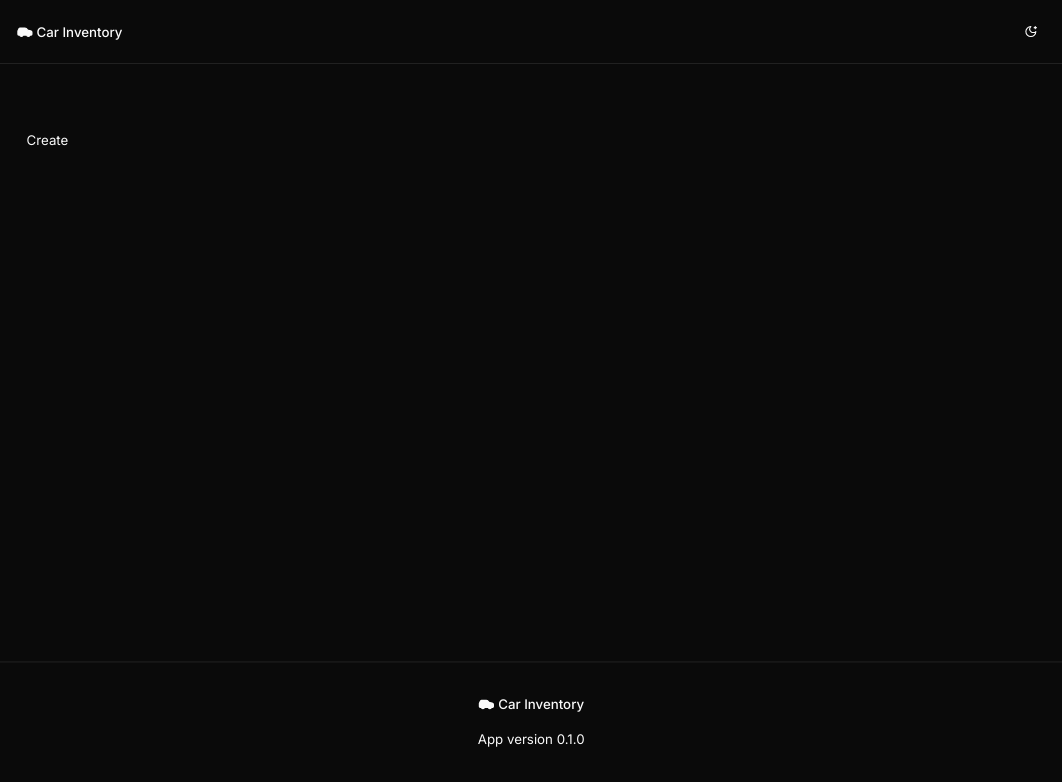
Repository: tushcmd/car-inventory
Page: /create (app in frontend/)
These files come from the project's save history. The page is drawn as it stood at one moment and after the next save; the edit follows.
The browser window is 1280 px wide. The pictures show the whole page, at 83% of full size.
The project was rebuilt for these pictures with package versions that can differ from the ones it lists, and the page was loaded fresh each time. The framework's server and built-in components were replaced by stand-ins that run in the browser. Also part of the build but not shown: frontend/next.config.mjs.

Above is the page before, as saved 2024-05-15 03:25:16.

### frontend/app/layout.tsx
import type { Metadata } from "next";
import { Inter } from "next/font/google";
import "./globals.css";
import AppProviders from "@/components/providers/AppProviders";
import Navbar from '@/components/shared/Navbar';
import Footer from "@/components/shared/Footer";
import { Toaster } from "@/components/ui/toaster";

const inter = Inter({ subsets: ["latin"] });

export const metadata: Metadata = {
  title: "Car Garage Inventory",
  description: "Nextjs Shadcnui Nodejs Express and MongoDB CRUD",
};

export default function RootLayout({
  children,
}: Readonly<{
  children: React.ReactNode;
}>) {
  return (
    <html lang="en" suppressHydrationWarning>
      <body className={inter.className}>
        <AppProviders>
          <Navbar />
          {children}
          <Footer />
          <Toaster />
        </AppProviders>
      </body>
    </html>
  );
}

### frontend/app/create/page.tsx


export default function Create() {
    return (
        <div className="page-container min-h-screen">
            <h2 className="pb-4">Create</h2>

        </div>
    )
}

### frontend/app/globals.css
@tailwind base;
@tailwind components;
@tailwind utilities;

@layer base {
  :root {
    --background: 0 0% 100%;
    --foreground: 0 0% 3.9%;

    --card: 0 0% 100%;
    --card-foreground: 0 0% 3.9%;

    --popover: 0 0% 100%;
    --popover-foreground: 0 0% 3.9%;

    --primary: 0 0% 9%;
    --primary-foreground: 0 0% 98%;

    --secondary: 0 0% 96.1%;
    --secondary-foreground: 0 0% 9%;

    --muted: 0 0% 96.1%;
    --muted-foreground: 0 0% 45.1%;

    --accent: 0 0% 96.1%;
    --accent-foreground: 0 0% 9%;

    --destructive: 0 84.2% 60.2%;
    --destructive-foreground: 0 0% 98%;

    --border: 0 0% 89.8%;
    --input: 0 0% 89.8%;
    --ring: 0 0% 3.9%;

    --radius: 0.5rem;
  }

  .dark {
    --background: 0 0% 3.9%;
    --foreground: 0 0% 98%;

    --card: 0 0% 3.9%;
    --card-foreground: 0 0% 98%;

    --popover: 0 0% 3.9%;
    --popover-foreground: 0 0% 98%;

    --primary: 0 0% 98%;
    --primary-foreground: 0 0% 9%;

    --secondary: 0 0% 14.9%;
    --secondary-foreground: 0 0% 98%;

    --muted: 0 0% 14.9%;
    --muted-foreground: 0 0% 63.9%;

    --accent: 0 0% 14.9%;
    --accent-foreground: 0 0% 98%;

    --destructive: 0 62.8% 30.6%;
    --destructive-foreground: 0 0% 98%;

    --border: 0 0% 14.9%;
    --input: 0 0% 14.9%;
    --ring: 0 0% 83.1%;
  }
}

@layer base {
  * {
    @apply border-border;
  }
  body {
    @apply bg-background text-foreground;
  }
}


@layer components {

  /* FONT SIZES */
  .h1 {
		@apply text-5xl lg:text-6xl font-bold;
	}
	.h2 {
		@apply sm:text-3xl text-4xl font-bold;
	}
	.h3 {
		@apply text-2xl font-medium;
	}
	.h4 {
		@apply text-xl sm:text-lg font-normal;
	}

  /* LAYOUTS  */
	.layout-container {
		@apply container mx-auto px-5;
	}

	.page-container {
		@apply container py-20 flex flex-col gap-16 max-w-7xl;
	}
}

### frontend/components/providers/AppProviders.tsx
'use client';

import { ThemeProvider } from 'next-themes';
import { FC, ReactNode } from 'react';

interface AppProvidersProps {
  children: ReactNode;
}


const AppProviders: FC<AppProvidersProps> = ({ children }) => {
  return (
    <>
      <ThemeProvider attribute="class" disableTransitionOnChange defaultTheme="dark" enableSystem>
        {children}

      </ThemeProvider>
    </>
  );
};

export default AppProviders;

### frontend/components/shared/Navbar.tsx
import React, { FC } from 'react';
import ThemeSwitcherButton from '../ui/ThemeSwitcher';
import Logo from './Logo';

const Navbar: FC = () => {
  return (
    <nav className="border-b py-5">
      <div className="layout-container flex justify-between items-center max-w-7xl">
        <Logo />
        <ThemeSwitcherButton />
      </div>
    </nav>
  );
};

export default Navbar;

### frontend/components/shared/Footer.tsx
import React, { FC } from 'react'
import Logo from './Logo'

const Footer: FC = () => {
  return (
    <footer className='border-t'>
        <div className='layout-container flex flex-col gap-5 items-center  justify-center py-10'>
            <Logo />
            <p>App version 0.1.0</p>
        </div>

    </footer>
  )
}

export default Footer

### frontend/components/ui/toaster.tsx
"use client"

import {
  Toast,
  ToastClose,
  ToastDescription,
  ToastProvider,
  ToastTitle,
  ToastViewport,
} from "@/components/ui/toast"
import { useToast } from "@/components/ui/use-toast"

export function Toaster() {
  const { toasts } = useToast()

  return (
    <ToastProvider>
      {toasts.map(function ({ id, title, description, action, ...props }) {
        return (
          <Toast key={id} {...props}>
            <div className="grid gap-1">
              {title && <ToastTitle>{title}</ToastTitle>}
              {description && (
                <ToastDescription>{description}</ToastDescription>
              )}
            </div>
            {action}
            <ToastClose />
          </Toast>
        )
      })}
      <ToastViewport />
    </ToastProvider>
  )
}

### frontend/components/ui/ThemeSwitcher.tsx
"use client";

import { useTheme } from "next-themes";
import React, { FC, useEffect, useState } from "react";
import { SunIcon,  Laptop, MoonStarIcon } from "lucide-react";
import {
	DropdownMenu,
	DropdownMenuContent,
	DropdownMenuItem,
	DropdownMenuTrigger,
} from "./dropdown-menu";
import { Button } from "./button";

const themes = [
	{
		value: "light",
		label: "Light",
		icon: SunIcon,
	},
	{
		value: "dark",
		label: "Dark",
		icon: MoonStarIcon,
	},
	{
		value: "system",
		label: "System",
		icon: Laptop,
	},
];

const ThemeSwitcher: FC = () => {
  const [mounted, setMounted] = useState(false)
	const { theme, setTheme } = useTheme();
	const currentTheme = themes.find((t) => t.value === theme);
	const ThemeIcon = currentTheme?.icon

  useEffect(() => {
    setMounted(true)
  }, [])

	return mounted && (
		<div className="flex">
			<DropdownMenu  >
				<DropdownMenuTrigger asChild>
					<Button variant="ghost" size={"icon"}>{!!ThemeIcon && <ThemeIcon className="w-4 h-4"/>}</Button>
				</DropdownMenuTrigger>
				<DropdownMenuContent>
					{themes.map(({value, label}) => <DropdownMenuItem role="button" onClick={() => setTheme(value)} key={value}>{label}</DropdownMenuItem>)}
				</DropdownMenuContent>
			</DropdownMenu>
		</div>
	);
};

export default ThemeSwitcher;

### frontend/components/shared/Logo.tsx

import { Car } from "lucide-react";
import Link from "next/link";
import React, { FC } from "react";

const Logo: FC = () => {
	return (
		<Link href='/' className="flex items-center gap-1 component-focus rounded-md">
			<Car   className="w-5 h-5 fill-current" />
			<h1 className="inline-flex flex-col gap-0 leading-none font-medium">
				<p>Car Inventory</p>
			</h1>
		</Link>
	);
};

export default Logo;

### frontend/components/ui/toast.tsx
"use client"

import * as React from "react"
import { Cross2Icon } from "@radix-ui/react-icons"
import * as ToastPrimitives from "@radix-ui/react-toast"
import { cva, type VariantProps } from "class-variance-authority"

import { cn } from "@/lib/utils"

const ToastProvider = ToastPrimitives.Provider

const ToastViewport = React.forwardRef<
  React.ElementRef<typeof ToastPrimitives.Viewport>,
  React.ComponentPropsWithoutRef<typeof ToastPrimitives.Viewport>
>(({ className, ...props }, ref) => (
  <ToastPrimitives.Viewport
    ref={ref}
    className={cn(
      "fixed top-0 z-[100] flex max-h-screen w-full flex-col-reverse p-4 sm:bottom-0 sm:right-0 sm:top-auto sm:flex-col md:max-w-[420px]",
      className
    )}
    {...props}
  />
))
ToastViewport.displayName = ToastPrimitives.Viewport.displayName

const toastVariants = cva(
  "group pointer-events-auto relative flex w-full items-center justify-between space-x-2 overflow-hidden rounded-md border p-4 pr-6 shadow-lg transition-all data-[swipe=cancel]:translate-x-0 data-[swipe=end]:translate-x-[var(--radix-toast-swipe-end-x)] data-[swipe=move]:translate-x-[var(--radix-toast-swipe-move-x)] data-[swipe=move]:transition-none data-[state=open]:animate-in data-[state=closed]:animate-out data-[swipe=end]:animate-out data-[state=closed]:fade-out-80 data-[state=closed]:slide-out-to-right-full data-[state=open]:slide-in-from-top-full data-[state=open]:sm:slide-in-from-bottom-full",
  {
    variants: {
      variant: {
        default: "border bg-background text-foreground",
        destructive:
          "destructive group border-destructive bg-destructive text-destructive-foreground",
      },
    },
    defaultVariants: {
      variant: "default",
    },
  }
)

const Toast = React.forwardRef<
  React.ElementRef<typeof ToastPrimitives.Root>,
  React.ComponentPropsWithoutRef<typeof ToastPrimitives.Root> &
    VariantProps<typeof toastVariants>
>(({ className, variant, ...props }, ref) => {
  return (
    <ToastPrimitives.Root
      ref={ref}
      className={cn(toastVariants({ variant }), className)}
      {...props}
    />
  )
})
Toast.displayName = ToastPrimitives.Root.displayName

const ToastAction = React.forwardRef<
  React.ElementRef<typeof ToastPrimitives.Action>,
  React.ComponentPropsWithoutRef<typeof ToastPrimitives.Action>
>(({ className, ...props }, ref) => (
  <ToastPrimitives.Action
    ref={ref}
    className={cn(
      "inline-flex h-8 shrink-0 items-center justify-center rounded-md border bg-transparent px-3 text-sm font-medium transition-colors hover:bg-secondary focus:outline-none focus:ring-1 focus:ring-ring disabled:pointer-events-none disabled:opacity-50 group-[.destructive]:border-muted/40 group-[.destructive]:hover:border-destructive/30 group-[.destructive]:hover:bg-destructive group-[.destructive]:hover:text-destructive-foreground group-[.destructive]:focus:ring-destructive",
      className
    )}
    {...props}
  />
))
ToastAction.displayName = ToastPrimitives.Action.displayName

const ToastClose = React.forwardRef<
  React.ElementRef<typeof ToastPrimitives.Close>,
  React.ComponentPropsWithoutRef<typeof ToastPrimitives.Close>
>(({ className, ...props }, ref) => (
  <ToastPrimitives.Close
    ref={ref}
    className={cn(
      "absolute right-1 top-1 rounded-md p-1 text-foreground/50 opacity-0 transition-opacity hover:text-foreground focus:opacity-100 focus:outline-none focus:ring-1 group-hover:opacity-100 group-[.destructive]:text-red-300 group-[.destructive]:hover:text-red-50 group-[.destructive]:focus:ring-red-400 group-[.destructive]:focus:ring-offset-red-600",
      className
    )}
    toast-close=""
    {...props}
  >
    <Cross2Icon className="h-4 w-4" />
  </ToastPrimitives.Close>
))
ToastClose.displayName = ToastPrimitives.Close.displayName

const ToastTitle = React.forwardRef<
  React.ElementRef<typeof ToastPrimitives.Title>,
  React.ComponentPropsWithoutRef<typeof ToastPrimitives.Title>
>(({ className, ...props }, ref) => (
  <ToastPrimitives.Title
    ref={ref}
    className={cn("text-sm font-semibold [&+div]:text-xs", className)}
    {...props}
  />
))
ToastTitle.displayName = ToastPrimitives.Title.displayName

const ToastDescription = React.forwardRef<
  React.ElementRef<typeof ToastPrimitives.Description>,
  React.ComponentPropsWithoutRef<typeof ToastPrimitives.Description>
>(({ className, ...props }, ref) => (
  <ToastPrimitives.Description
    ref={ref}
    className={cn("text-sm opacity-90", className)}
    {...props}
  />
))
ToastDescription.displayName = ToastPrimitives.Description.displayName

type ToastProps = React.ComponentPropsWithoutRef<typeof Toast>

type ToastActionElement = React.ReactElement<typeof ToastAction>

export {
  type ToastProps,
  type ToastActionElement,
  ToastProvider,
  ToastViewport,
  Toast,
  ToastTitle,
  ToastDescription,
  ToastClose,
  ToastAction,
}

### frontend/components/ui/button.tsx
import * as React from "react"
import { Slot } from "@radix-ui/react-slot"
import { cva, type VariantProps } from "class-variance-authority"

import { cn } from "@/lib/utils"

const buttonVariants = cva(
  "inline-flex items-center justify-center whitespace-nowrap rounded-md text-sm font-medium transition-colors focus-visible:outline-none focus-visible:ring-1 focus-visible:ring-ring disabled:pointer-events-none disabled:opacity-50",
  {
    variants: {
      variant: {
        default:
          "bg-primary text-primary-foreground shadow hover:bg-primary/90",
        destructive:
          "bg-destructive text-destructive-foreground shadow-sm hover:bg-destructive/90",
        outline:
          "border border-input bg-background shadow-sm hover:bg-accent hover:text-accent-foreground",
        secondary:
          "bg-secondary text-secondary-foreground shadow-sm hover:bg-secondary/80",
        ghost: "hover:bg-accent hover:text-accent-foreground",
        link: "text-primary underline-offset-4 hover:underline",
      },
      size: {
        default: "h-9 px-4 py-2",
        sm: "h-8 rounded-md px-3 text-xs",
        lg: "h-10 rounded-md px-8",
        icon: "h-9 w-9",
      },
    },
    defaultVariants: {
      variant: "default",
      size: "default",
    },
  }
)

export interface ButtonProps
  extends React.ButtonHTMLAttributes<HTMLButtonElement>,
    VariantProps<typeof buttonVariants> {
  asChild?: boolean
}

const Button = React.forwardRef<HTMLButtonElement, ButtonProps>(
  ({ className, variant, size, asChild = false, ...props }, ref) => {
    const Comp = asChild ? Slot : "button"
    return (
      <Comp
        className={cn(buttonVariants({ variant, size, className }))}
        ref={ref}
        {...props}
      />
    )
  }
)
Button.displayName = "Button"

export { Button, buttonVariants }

### frontend/components/ui/form.tsx
import * as React from "react"
import * as LabelPrimitive from "@radix-ui/react-label"
import { Slot } from "@radix-ui/react-slot"
import {
  Controller,
  ControllerProps,
  FieldPath,
  FieldValues,
  FormProvider,
  useFormContext,
} from "react-hook-form"

import { cn } from "@/lib/utils"
import { Label } from "@/components/ui/label"

const Form = FormProvider

type FormFieldContextValue<
  TFieldValues extends FieldValues = FieldValues,
  TName extends FieldPath<TFieldValues> = FieldPath<TFieldValues>
> = {
  name: TName
}

const FormFieldContext = React.createContext<FormFieldContextValue>(
  {} as FormFieldContextValue
)

const FormField = <
  TFieldValues extends FieldValues = FieldValues,
  TName extends FieldPath<TFieldValues> = FieldPath<TFieldValues>
>({
  ...props
}: ControllerProps<TFieldValues, TName>) => {
  return (
    <FormFieldContext.Provider value={{ name: props.name }}>
      <Controller {...props} />
    </FormFieldContext.Provider>
  )
}

const useFormField = () => {
  const fieldContext = React.useContext(FormFieldContext)
  const itemContext = React.useContext(FormItemContext)
  const { getFieldState, formState } = useFormContext()

  const fieldState = getFieldState(fieldContext.name, formState)

  if (!fieldContext) {
    throw new Error("useFormField should be used within <FormField>")
  }

  const { id } = itemContext

  return {
    id,
    name: fieldContext.name,
    formItemId: `${id}-form-item`,
    formDescriptionId: `${id}-form-item-description`,
    formMessageId: `${id}-form-item-message`,
    ...fieldState,
  }
}

type FormItemContextValue = {
  id: string
}

const FormItemContext = React.createContext<FormItemContextValue>(
  {} as FormItemContextValue
)

const FormItem = React.forwardRef<
  HTMLDivElement,
  React.HTMLAttributes<HTMLDivElement>
>(({ className, ...props }, ref) => {
  const id = React.useId()

  return (
    <FormItemContext.Provider value={{ id }}>
      <div ref={ref} className={cn("space-y-2", className)} {...props} />
    </FormItemContext.Provider>
  )
})
FormItem.displayName = "FormItem"

const FormLabel = React.forwardRef<
  React.ElementRef<typeof LabelPrimitive.Root>,
  React.ComponentPropsWithoutRef<typeof LabelPrimitive.Root>
>(({ className, ...props }, ref) => {
  const { error, formItemId } = useFormField()

  return (
    <Label
      ref={ref}
      className={cn(error && "text-destructive", className)}
      htmlFor={formItemId}
      {...props}
    />
  )
})
FormLabel.displayName = "FormLabel"

const FormControl = React.forwardRef<
  React.ElementRef<typeof Slot>,
  React.ComponentPropsWithoutRef<typeof Slot>
>(({ ...props }, ref) => {
  const { error, formItemId, formDescriptionId, formMessageId } = useFormField()

  return (
    <Slot
      ref={ref}
      id={formItemId}
      aria-describedby={
        !error
          ? `${formDescriptionId}`
          : `${formDescriptionId} ${formMessageId}`
      }
      aria-invalid={!!error}
      {...props}
    />
  )
})
FormControl.displayName = "FormControl"

const FormDescription = React.forwardRef<
  HTMLParagraphElement,
  React.HTMLAttributes<HTMLParagraphElement>
>(({ className, ...props }, ref) => {
  const { formDescriptionId } = useFormField()

  return (
    <p
      ref={ref}
      id={formDescriptionId}
      className={cn("text-[0.8rem] text-muted-foreground", className)}
      {...props}
    />
  )
})
FormDescription.displayName = "FormDescription"

const FormMessage = React.forwardRef<
  HTMLParagraphElement,
  React.HTMLAttributes<HTMLParagraphElement>
>(({ className, children, ...props }, ref) => {
  const { error, formMessageId } = useFormField()
  const body = error ? String(error?.message) : children

  if (!body) {
    return null
  }

  return (
    <p
      ref={ref}
      id={formMessageId}
      className={cn("text-[0.8rem] font-medium text-destructive", className)}
      {...props}
    >
      {body}
    </p>
  )
})
FormMessage.displayName = "FormMessage"

export {
  useFormField,
  Form,
  FormItem,
  FormLabel,
  FormControl,
  FormDescription,
  FormMessage,
  FormField,
}

### frontend/components/ui/input.tsx
import * as React from "react"

import { cn } from "@/lib/utils"

export interface InputProps
  extends React.InputHTMLAttributes<HTMLInputElement> {}

const Input = React.forwardRef<HTMLInputElement, InputProps>(
  ({ className, type, ...props }, ref) => {
    return (
      <input
        type={type}
        className={cn(
          "flex h-9 w-full rounded-md border border-input bg-transparent px-3 py-1 text-sm shadow-sm transition-colors file:border-0 file:bg-transparent file:text-sm file:font-medium placeholder:text-muted-foreground focus-visible:outline-none focus-visible:ring-1 focus-visible:ring-ring disabled:cursor-not-allowed disabled:opacity-50",
          className
        )}
        ref={ref}
        {...props}
      />
    )
  }
)
Input.displayName = "Input"

export { Input }

### frontend/components/ui/label.tsx
"use client"

import * as React from "react"
import * as LabelPrimitive from "@radix-ui/react-label"
import { cva, type VariantProps } from "class-variance-authority"

import { cn } from "@/lib/utils"

const labelVariants = cva(
  "text-sm font-medium leading-none peer-disabled:cursor-not-allowed peer-disabled:opacity-70"
)

const Label = React.forwardRef<
  React.ElementRef<typeof LabelPrimitive.Root>,
  React.ComponentPropsWithoutRef<typeof LabelPrimitive.Root> &
    VariantProps<typeof labelVariants>
>(({ className, ...props }, ref) => (
  <LabelPrimitive.Root
    ref={ref}
    className={cn(labelVariants(), className)}
    {...props}
  />
))
Label.displayName = LabelPrimitive.Root.displayName

export { Label }

Loaded but not shown: frontend/components/ui/use-toast.ts (common file); frontend/lib/utils.ts (common file); frontend/tailwind.config.ts (common file); frontend/components/create-car.tsx (597 lines, source omitted); frontend/components/ui/dropdown-menu.tsx (205 lines, source omitted)

After the next save:
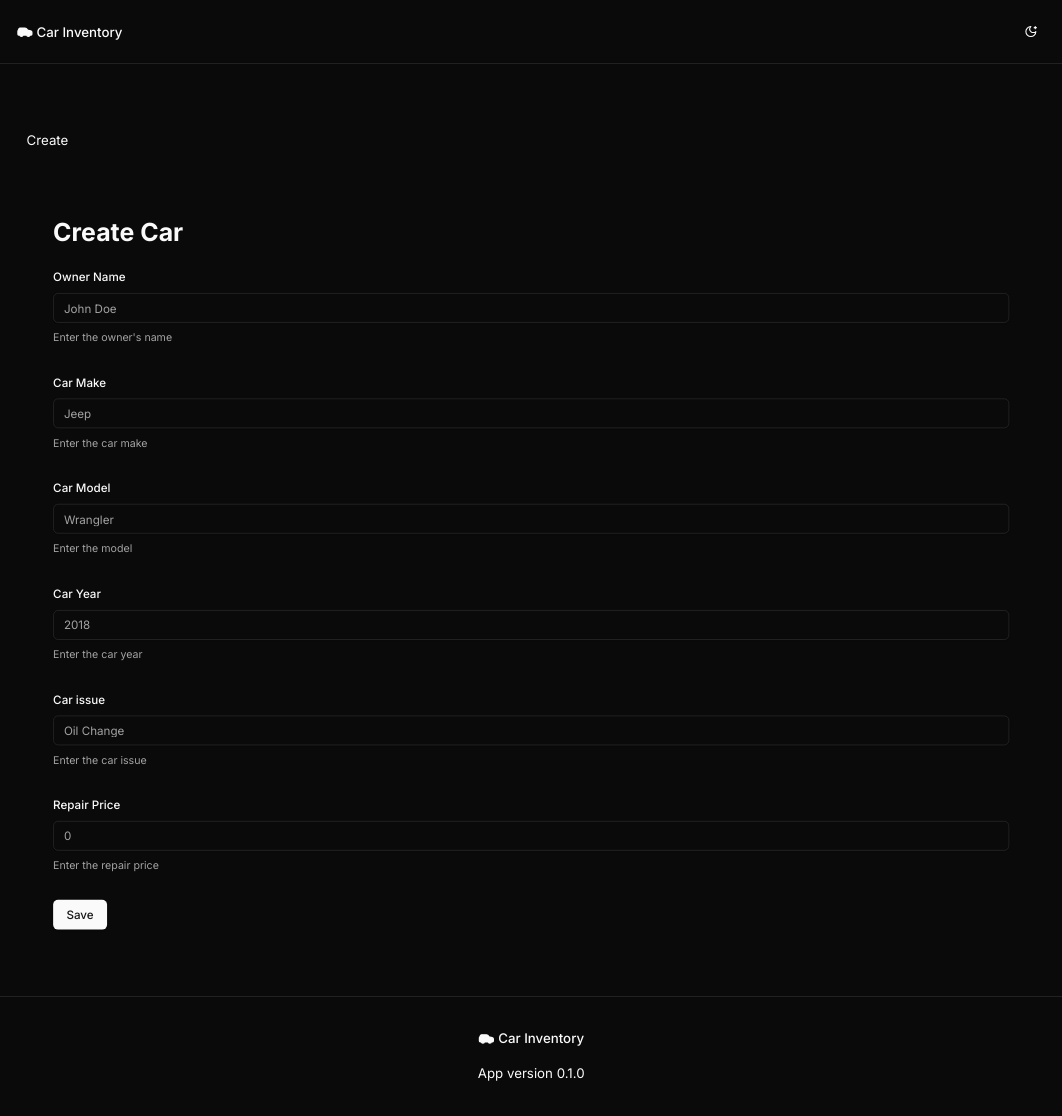
Saved 20 s later.
--- a/frontend/app/create/page.tsx
+++ b/frontend/app/create/page.tsx
@@ -1,10 +1,11 @@
+import CreateCar from "@/components/create-car";
 
 
 export default function Create() {
     return (
         <div className="page-container min-h-screen">
             <h2 className="pb-4">Create</h2>
-
+            <CreateCar />
         </div>
     )
 }
